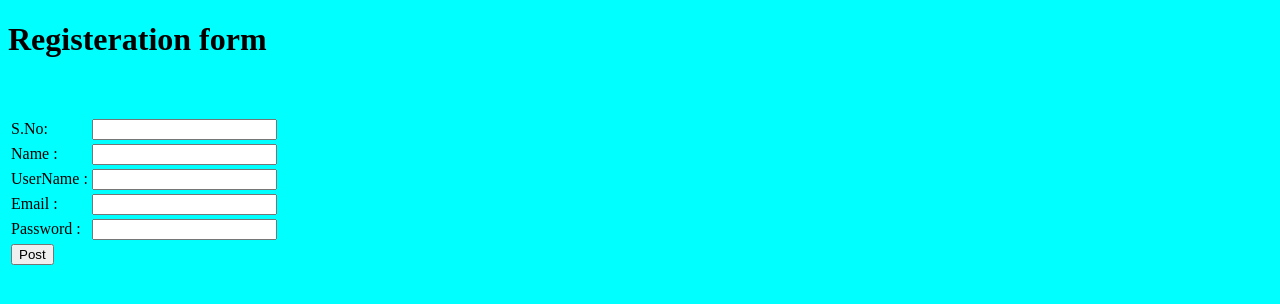
Repository: Vkrishna9135/JSP-2ND-TIME
Page: SERVLETS_FOLDER/Register_Loginvalidation/src/main/webapp/Registeration.html
An editor plug-in stored every save of this project. The page is shown before and after the next save, followed by the edit.
The browser window is 1280 px wide. The pictures show the whole page.

Above is the page before, as saved 2023-04-12 02:19:57.

### SERVLETS_FOLDER/Register_Loginvalidation/src/main/webapp/Registeration.html
<!DOCTYPE html>
<html>
<meta charset="UTF-8">
<body bgcolor='cyan'>
<div>
        <form action="fs" method="post">
            <table>
                <h1>Registeration form</h1>

                <tr>
                <td><label for="">S.No:</label></td>
                <td><input type="text" name="sm"></td>
               </tr><br>

               <tr>
                <td><label for="">Name :</label></td>
                <td><input type="text" name="nm"></td>
               </tr><br>

               <tr>
                <td><label for="">UserName :</label></td>
                <td><input type="text" name="unm"></td>
               </tr>

               <tr>
                <td><label for="">Email :</label></td>
                <td><input type="email" name="eml"></td>
               </tr>

               <tr>
                <td><label for="">Password :</label></td>
                <td><input type="password" name="pw"></td>
               </tr>



               <tr><td><input type="submit" value="Post"></td>
               </tr>

            </table>
        </form>

    </div>

</body>
</html>

After the next save:
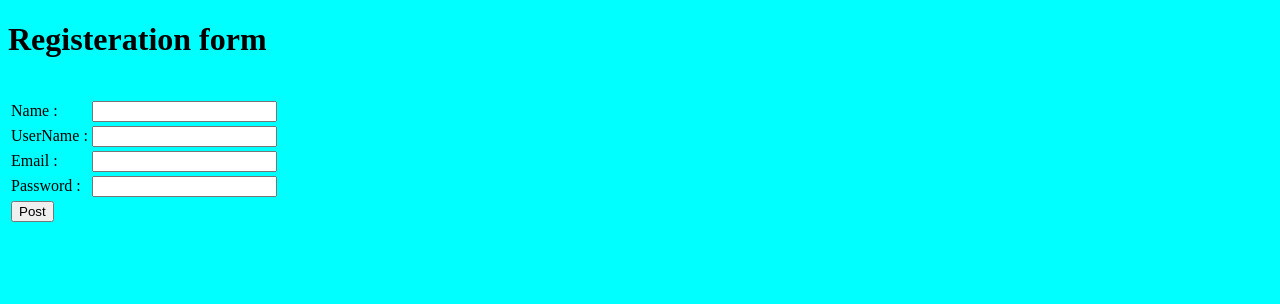
Saved 80 min 48 s later.
--- a/SERVLETS_FOLDER/Register_Loginvalidation/src/main/webapp/Registeration.html
+++ b/SERVLETS_FOLDER/Register_Loginvalidation/src/main/webapp/Registeration.html
@@ -7,10 +7,7 @@
             <table>
                 <h1>Registeration form</h1>
 
-                <tr>
-                <td><label for="">S.No:</label></td>
-                <td><input type="text" name="sm"></td>
-               </tr><br>
+
 
                <tr>
                 <td><label for="">Name :</label></td>
